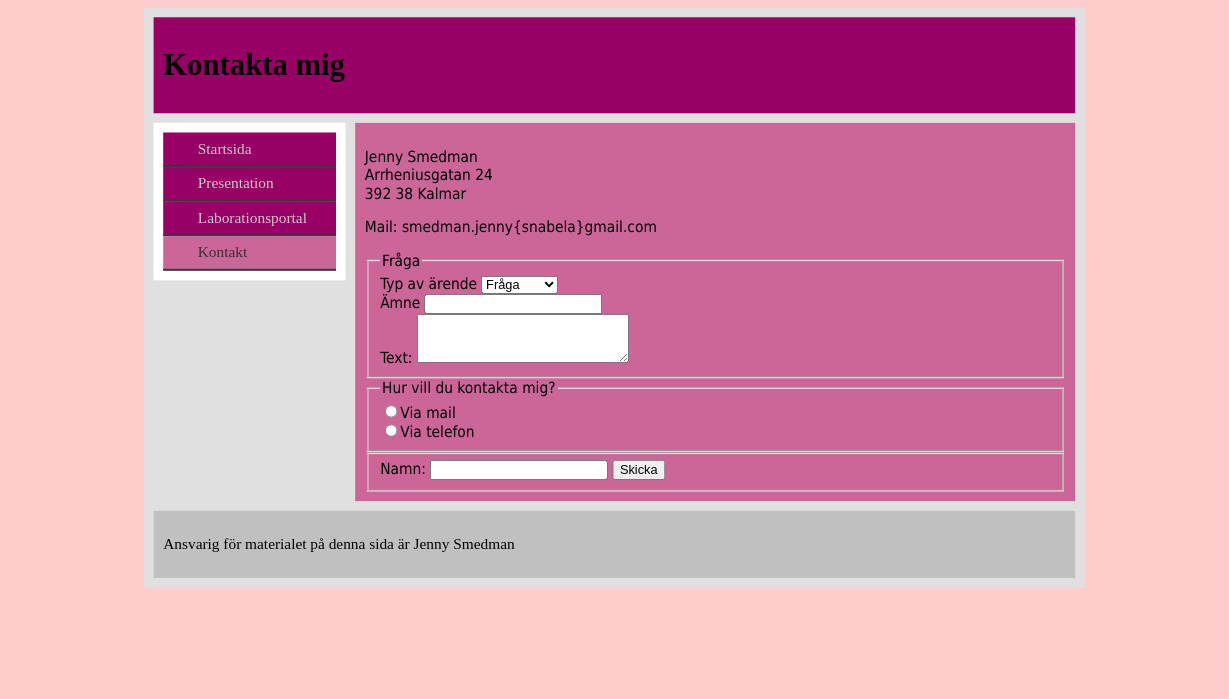
Repository: js223mx/1ik415-js223mx-laborationer
Page: pages/kontakt.html
The author's editor kept a record of every edit. The page is drawn from the files as they stood at one moment, then again after the next edit.
The browser window is 1280 px wide. The pictures show the whole page, at 96% of full size.

Above is the page before.

### pages/kontakt.html
<!doctype html>
<html lang="sv" >

    <head>

            <meta charset="utf-8" />
            <title>Kontakta mig</title>
            <link rel="stylesheet" type="text/css" href="../css/style.css">

    </head>
    <body>
    <div id="container">

            <div id="header">
            <h1>Kontakta mig</h1>
            </div>

            <div id="navigation">
             <ul>
                <li><a href="../index.html">Startsida</a></li>
                <li><a href="presentation.html">Presentation</a></li>
                <li><a href="laborationer.html">Laborationsportal</a></li>
                <li><a href="kontakt.html" class="active">Kontakt</a></li>

            </ul>
            </div>

             <div id="content">
                <p>Jenny Smedman<br>
                    Arrheniusgatan 24<br>
                    392 38 Kalmar
                </p>

                <p>Mail: smedman.jenny{snabela}gmail.com</p>

                <form id="contact-form" action="http://voyager.lnu.se/tekinet/kurser/dtt/wp_webbintro/form.php" method="post">
                    <fieldset>
                        <legend>Fråga</legend>
                        Typ av ärende
                        <select>
                           <option value="Fråga">Fråga</option>
                           <option value="Komentar">Komentar</option>
                        </select><br>
                        <label for="Ämne">Ämne</label>
                        <input name="Ämne" id="Ämne" type="text"><br>
                        <label for="Text">Text:</label>
                        <textarea name="Text" id="Text" cols="25" rows="3"></textarea>
                    </fieldset>
                    <fieldset>
                        <legend>Hur vill du kontakta mig?</legend>
                        <input type="radio" name="Kontakttyp" value="Via mail">Via mail<br>
                        <input type="radio" name="Kontakttyp" value="Via telefon">Via telefon
                    </fieldset>
                       <fieldset>
                           Namn: <input type="text" name="Namn">
                          <input type="submit" value="Skicka">
                       </fieldset>
                </form>
                </div>

             <div id="footer">
             <p>Ansvarig för materialet på denna sida är Jenny Smedman</p>
             </div>
     </div>
    </body>


</html>

### css/style.css
html {
    height: 100%;
}
body {
    background-color: #FFCCCC;
    min-height: 100% !important;
    height: 100;
}
#container {
    width: 960px;
    margin-left: auto;
    margin-right: auto;
}
#navigation {
    width: 180px;
    float: left;
    background-color: #FFFFFF;
    height: 100%;
    margin-right: 10px;
}
#content {
    overflow: scroll;
    background-color: #CC6699;
    height: 100%;
    font-family: "Tahoma", Geneva, sans-serif;
}
#header {
    background-color: #990066;
    margin-bottom: 10px;
}
#footer {
    background-color: #C0C0C0;
    margin-top: 10px;
}
/* body backgroundcolor: #FFCCCC
    navigation backgroundcolor: #FFFFFF
    content backgroundcolor: #CC6699
    header backgroundcolor: #990066
    footer backgroundcolor: #C0C0C0 */

div {
    padding: 10px;
    background-color: #E0E0E0;
}
ul {
    list-style-type:none;
    padding-left: 0;
    margin: 0;
}

h1 {
    font-size: 200%;
}
h2 {
    font-size: 150%;

}
h3 {
    font-size: 125%;
}
p {
    font-size: 100%;

}
.h3{
    border-bottom: 2px solid #000000;
    background-color:transparent;
}
.h3: before{
    width: 46px;
    height: 44px;
    background: url("pics/texticon.png") no-repeat;
    content:"";
    float: left;
    display: block;
    margin: 5px 5px 5px 0;
}
#video
{
    margin-bottom:0px;
}
#blogg {
    margin-bottom:0px;
}
#content a {
    text-decoration: none;
    color: #FFFFFF;
}
#content a:hover {
    text-decoration: underline;
}
/*navigation---------------------------------------------------------*/

#navigation a:hover
{
    background: #CC6699;
	color: #fff;
}
#navigation a {
    background: #990066;
	border-bottom: 2px solid #393939;
	color: #ccc;
	display: block;
	margin: 0px;
	padding: 8px 12px;
	text-decoration: none;
	text-indent: 24px;
}
#navigation .active {
    background-color: #CC6699;
	color: #333;
}
/*table---------------------------------------------------------*/
#table, td, th{
    border:3px solid black;
    background-color:white;
}
.list-title
{
    font-weight:bold;
}

After the next edit:
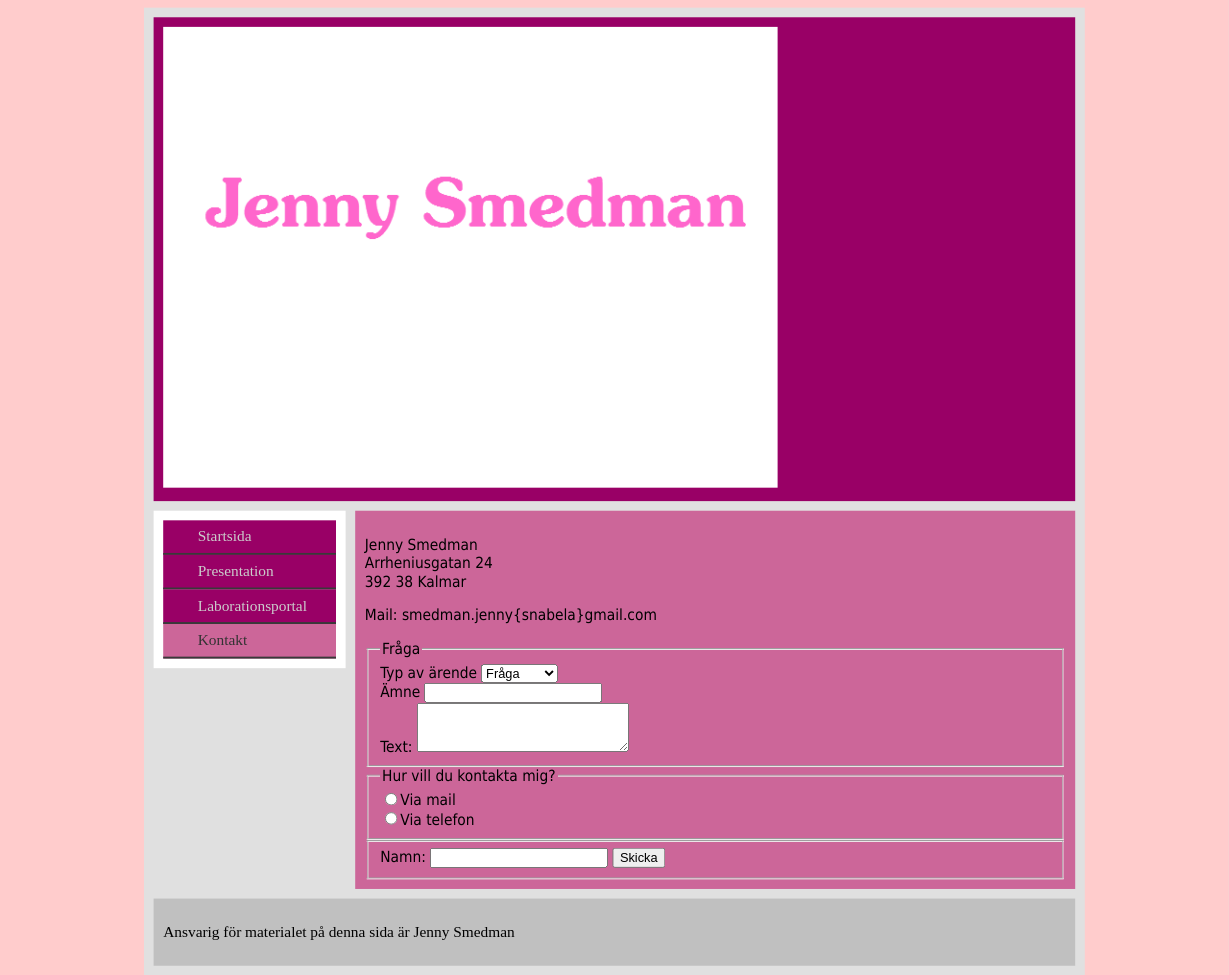
The edit:
--- a/pages/kontakt.html
+++ b/pages/kontakt.html
@@ -12,8 +12,9 @@
     <div id="container">
 
             <div id="header">
-            <h1>Kontakta mig</h1>
+            <img id="logga" src="../pics/logga.png" alt="Min logga" />
             </div>
+
 
             <div id="navigation">
              <ul>
